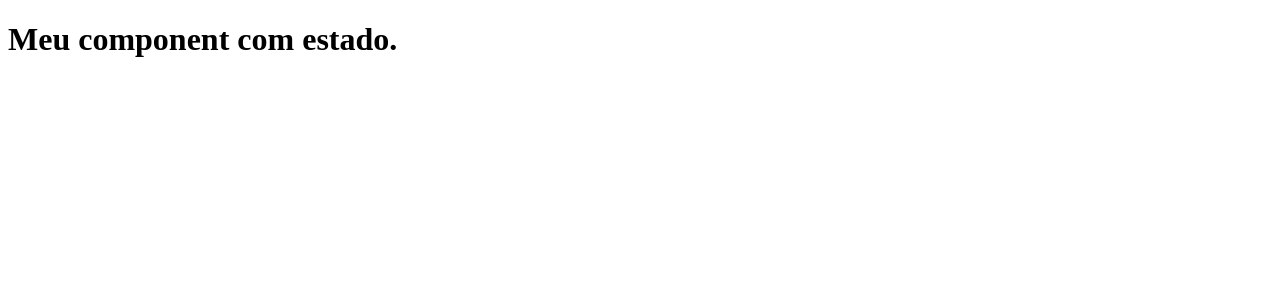
Repository: FellipeMiguel/lista-de-tarefas
Page: /
An editor plug-in stored every save of this project. The page is shown before and after the next save, followed by the edit.
The browser window is 1280 px wide. The pictures show the whole page.
The project was rebuilt for these pictures with package versions that can differ from the ones it lists, and the page was loaded fresh each time. Also part of the build but not shown: src/App.css.

Above is the page before, as saved 2023-06-14 22:41:46.

After the next save:
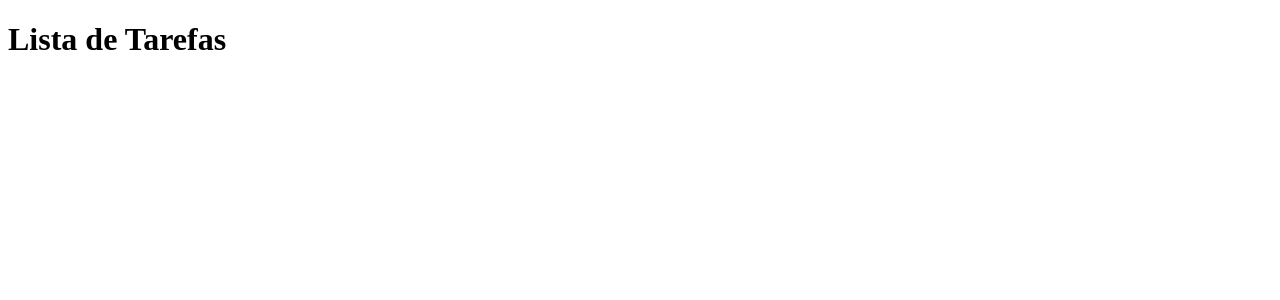
Saved 61 s later.
--- a/src/components/Main.js
+++ b/src/components/Main.js
@@ -8,6 +8,10 @@ export default class Main extends Component {
   }
 
   render() {
-    return <h1>Meu component com estado.</h1>
+    return (
+      <div className="main">
+        <h1>Lista de Tarefas</h1>
+      </div>
+    )
   }
 }
